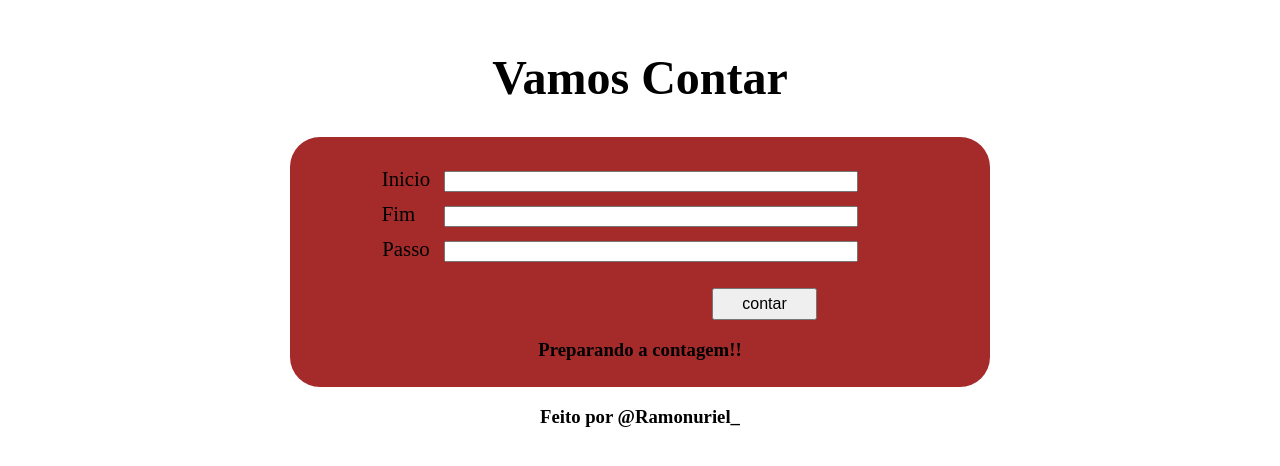
Repository: Ramonuriel/JS-Projetos
Page: Contador automatico/exercicio.html
The author's editor kept a copy of each file at every save. The page is drawn from the files as they stood at one save, then again after the next save.
The browser window is 1280 px wide. The pictures show the whole page.

Above is the page before, as saved 2022-12-27 21:15:53.

After the next save:
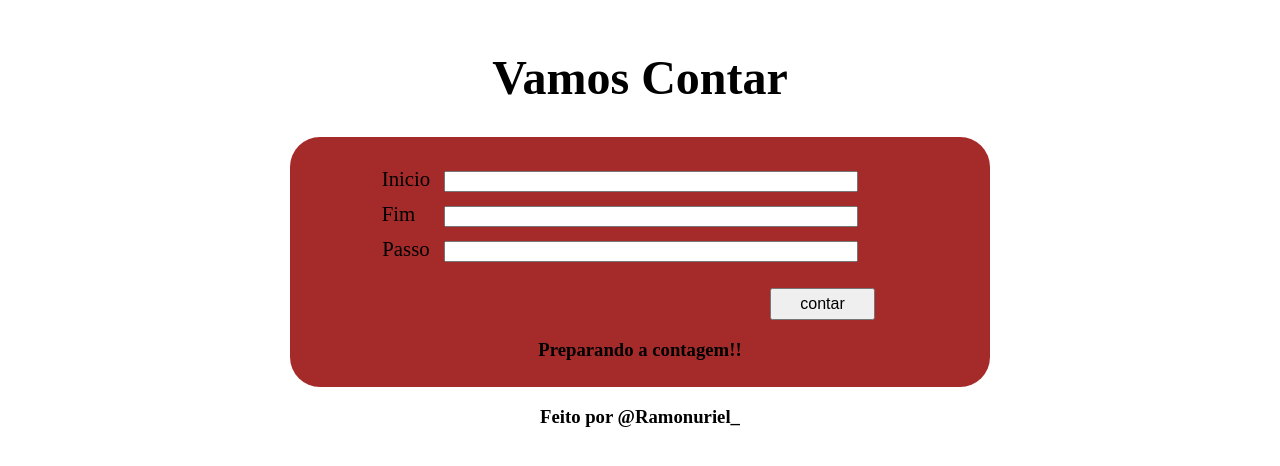
Saved 6 s later.
--- a/Contador automatico/style.css
+++ b/Contador automatico/style.css
@@ -49,7 +49,7 @@ input {
 
 .btn {
   font-size: 1rem;
-  margin-left: 422px;
+  margin-left: 480px;
   width: 15%;
   height: 2rem;
   cursor: pointer;
